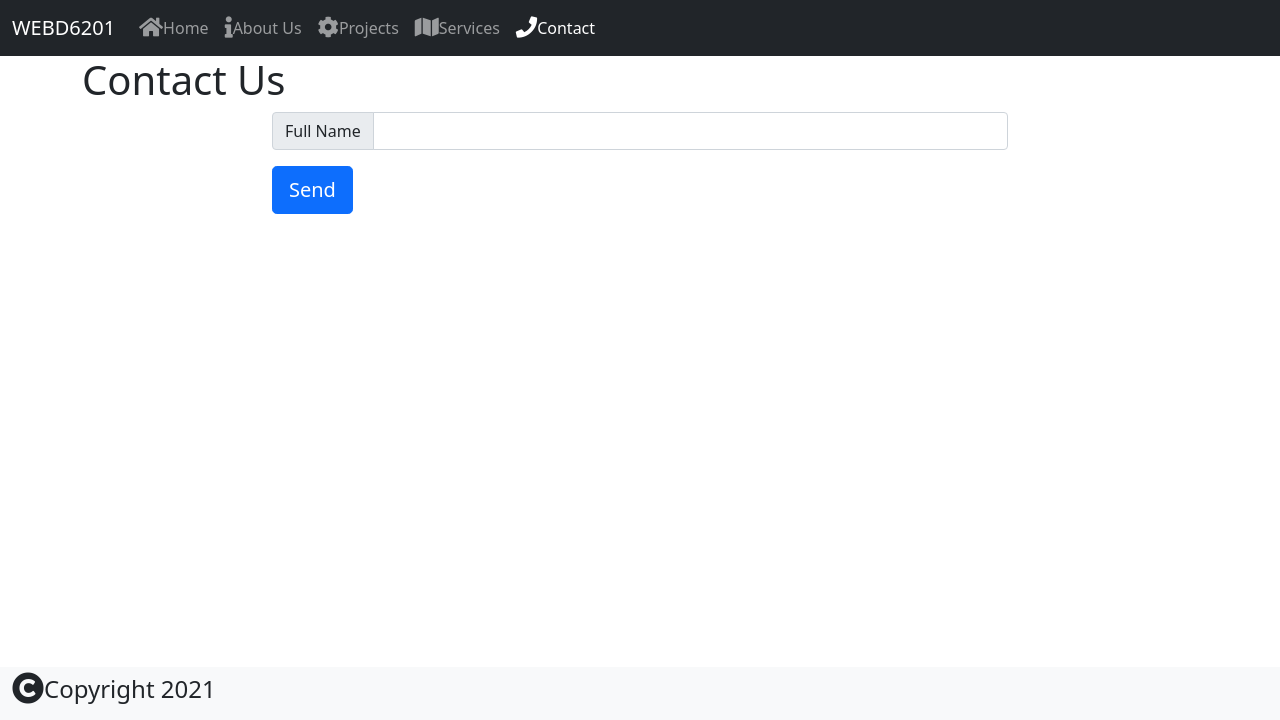
Repository: deividwsantoss/webd6201-W2021-ICE1
Page: contact.html
These files come from the project's save history. The page is drawn as it stood at one moment and after the next save; the edit follows.
The browser window is 1280 px wide. The pictures show the whole page.

Above is the page before, as saved 2021-02-02 13:00:48.

After the next save:
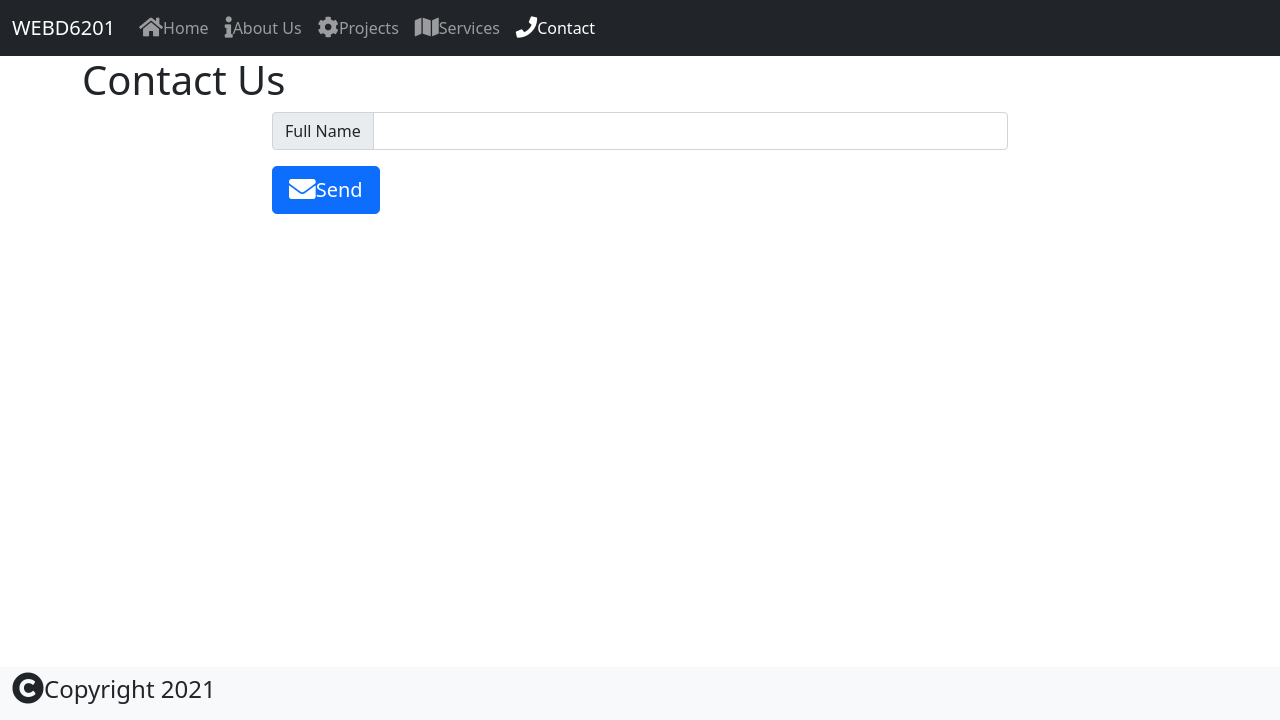
Saved 3 min 38 s later.
--- a/contact.html
+++ b/contact.html
@@ -55,10 +55,10 @@
 
           <div class="input-group mb-3">
             <span class="input-group-text" id="inputGroup-sizing-default">Full Name</span>
-            <input type="text" class="form-control" aria-label="Full Name" aria-describedby="Full Name Input">
+            <input id="fullName" type="text" class="form-control" aria-label="Full Name" aria-describedby="Full Name Input" name="fullname" required>
           </div>
 
-          <button type="submit" class="btn btn-primary btn-lg">Send</button>
+          <button type="submit" class="btn btn-primary btn-lg"><i class="fas fa-envelope fa-lg"></i>Send</button>
         </form>
       </div>
     </main>
